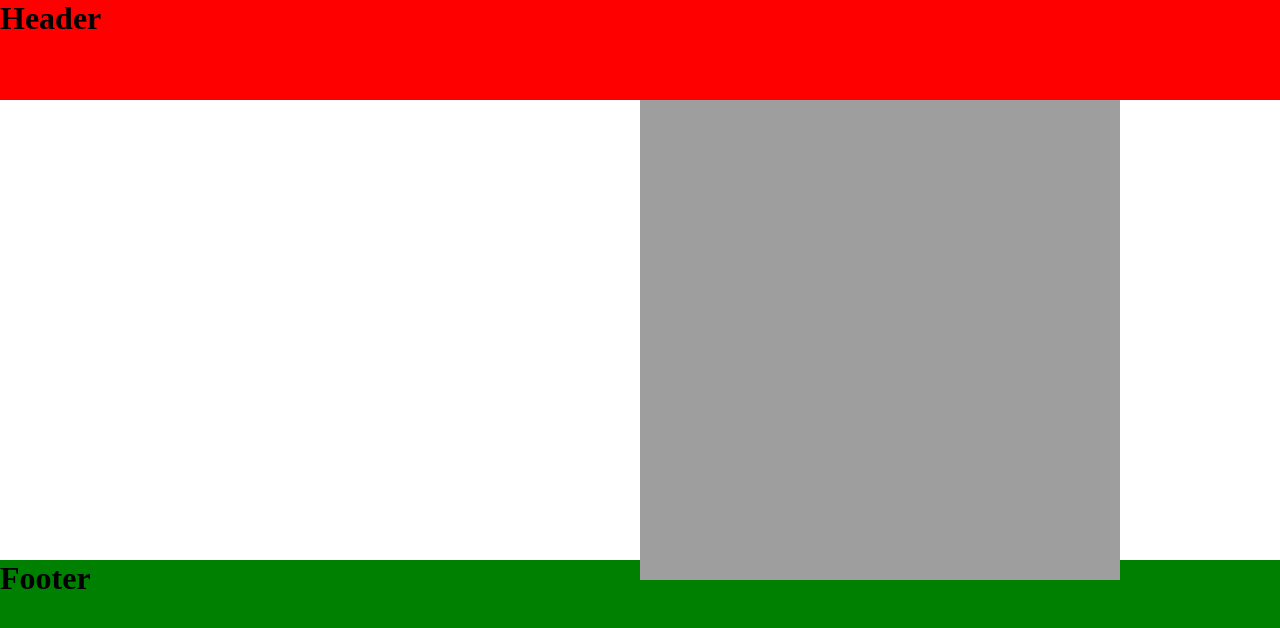
Repository: jameswilky/chess
Page: index.html
These files come from the project's save history. The page is drawn as it stood at one moment and after the next save; the edit follows.
The browser window is 1280 px wide. The pictures show the whole page.

Above is the page before, as saved 2018-11-21 20:37:08.

### index.html
<!DOCTYPE html>
<html>

<head>
    <meta charset="utf-8" />
    <title>Chess</title>
    <link href="style.css" rel="stylesheet">
</head>

<body>

    <div class="wrapper">
        <header>
            <h1>Header</h1>

        </header>
    </div>
    <div class="game">
        <canvas id="board"></canvas>
        <canvas id="markers"></canvas>
        <canvas id="chessmen_layer"></canvas>
    </div>
    <footer>
        <h1>Footer</h1>
    </footer>
    </div>





</body>

<script src="board.js"></script>
<script src="chessmen.js"></script>
<script src="mouse.js"></script>
<script src="game.js"></script>

</html>

### style.css
* {
  padding: 0;
  margin: 0;
}

.game{
  position: absolute;
  height: 480px;
  width: 480px;
  grid-area: game;
  top:100px;
  bottom:100px;
  margin-left: 50%;
  overflow: scroll;
}

#board {
  left : 0; z-index:0; position: absolute;
}

#markers {
  left : 0; z-index:0; position: absolute;
}

#chessmen_layer {
 left : 0; z-index:1; position: absolute;
}

header{
  position: absolute;
  background-color: red;
  top:0;
  right: 0;
  left: 0;
  height: 100px;
}

footer{
  position: absolute;
  right: 0;
  left: 0;
  background-color: green;
  height: 10em;
  bottom: 0;
}

### board.js
//Define globals
const WIDTH = 480;
const HEIGHT = 480;
const N = 8;
const TILE_SIZE = HEIGHT / N; // 60

//Define board canvas
const board = document.getElementById("board");
const board_ctx = board.getContext("2d");
board.height = HEIGHT;
board.width = WIDTH;
let primary_color = "#a87e2b";
let secondary_color = "#ffdf9e";

//Define marker layer
const markers = document.getElementById("markers");
const markers_ctx = markers.getContext("2d");
markers.height = HEIGHT;
markers.width = WIDTH;

//Define chessmen layer
const chessmen_layer = document.getElementById("chessmen_layer");
const chessmen_ctx = chessmen_layer.getContext("2d");
chessmen_layer.height = HEIGHT;
chessmen_layer.width = WIDTH;

//Used for drawing
function drawRect(ctx, x, y, color) {
  ctx.beginPath();
  ctx.rect(x, y, TILE_SIZE, TILE_SIZE);
  ctx.fillStyle = color;
  ctx.fill();
  ctx.closePath();
}

function initialize_board() {
  // Initialize graphical and logical board
  let i, j, x, y = 0;
  let prev_color;
  for (i = 0; i < N; i++) {
    y = TILE_SIZE * i;
    if (i % 2 == 0) { //If even, start with a black grid
      prev_color = secondary_color;
    }
    else { //If odd, start with a #ffcf7c grid
      prev_color = primary_color;
    }
    for (j = 0; j < N; j++) {
      x = TILE_SIZE * j;

      if (prev_color == primary_color) { //If last block black, make this block #ffcf7c
        prev_color = secondary_color;
      }
      else if (prev_color == secondary_color) { //If last block #ffcf7c, make this block black
        prev_color = primary_color;
      }
      drawRect(board_ctx, x, y, prev_color);

    }
  }
}

### chessmen.js
let chessmen = []; // Hold living chest piece objects

// Populate list of current chess pieces
function init_chessmen(items) {
  for (let id = 0; id < items.length; id++) {
    chessmen[id] = new Chessman(id, items[id].type, items[id].row, items[id].col, items[id].faction);
    chessmen[id].render(chessmen_ctx);
  }
}

//Chest piece constructor
function Chessman(id, type, row, col, faction) {
  this.name = type + "_" + faction + "_" + id;
  this.id = id;
  this.type = type;
  this.position = {
    logical: { col: col, row: row },
    graphical: { //calculate position of chest piece
      x: (col * TILE_SIZE), y: (row * TILE_SIZE)
    }
  }
  this.faction = faction;
  this.sprite = "/images/" + type + "_" + faction + ".png";
  this.options = []; // holds objects containing possible locations to move
  this.render = function () {
    //Draws the chest piece
    let img = new Image();
    let x = this.position.graphical.x;
    let y = this.position.graphical.y;
    console.log(x, y)

    img.onload = function () {
      //Loads when img.src is called
      chessmen_ctx.beginPath();
      chessmen_ctx.drawImage(img, x, y);
      chessmen_ctx.closePath();
    }
    img.src = this.sprite;
  }
  this.derender = function () {
    chessmen_ctx.beginPath();
    chessmen_ctx.clearRect(this.position.graphical.x, this.position.graphical.y, TILE_SIZE, TILE_SIZE);
    chessmen_ctx.closePath();
  }
  this.calculate_movement_options = function () {
    //This function is used to determine the coordinates of each possible move for a selected tile
    this.options = []; //clear last options
    let j = 0;
    let i = 0; //used to iterate through list of options
    //console.log(type, faction, row, col)
    let r = this.position.logical.row;
    let c = this.position.logical.col;

    let options = this.options;

    function check_tile(row, col, diag, isPawn) {
      //diag is an optional variable for pawn sideways movement logic
      diag = diag || false;
      isPawn = isPawn || false;

      //Checks the status of the board to see if the chessman can move to selected tile

      let option = {}; //edited, used to hold {faction:faction}
      //Check tile does not exceed bounds of the board
      if (row > 7 || row < 0 || col > 7 || col < 0) {
        return false;
      }

      //Check if target tile contains a chessman of same faction
      let isFriendly = false;
      let isEnemy = false;

      chessmen.forEach(chessman => {
        if (chessman.position.logical.row == row && chessman.position.logical.col == col) { //Check if position is occupied
          if (chessman.faction == faction) {
            isFriendly = true;
          }
          else { //tile is occupied by enemy
            isEnemy = true;
          }
          option.contains = chessman;
        }
      })

      //pawn logic
      if (diag && isEnemy) {
        option.row = row;
        option.col = col;
        options[i] = option;
        i++;
      }
      if (diag && !isEnemy) {
        return
      }

      //if tile does not contain friendly chessmen, or if its an enemy create new option
      if (!isFriendly || isEnemy) {
        option.row = row;
        option.col = col;
        options[i] = option;
        i++;
      }
      return isFriendly || isEnemy;

    }

    if (this.type == "pawn") {
      if (this.faction == "black") {
        check_tile(r + 1, c);//south
        check_tile(r + 1, c + 1, true) // south East
        check_tile(r + 1, c - 1, true) //south West
        if (this.nMoves == 0) {
          check_tile(r + 2, c); //Extra move on first turn
        }
      }
      if (this.faction == "white") {
        check_tile(r - 1, c); //north
        check_tile(r - 1, c + 1, true) // North East
        check_tile(r - 1, c - 1, true) //North West
        if (this.nMoves == 0) {
          check_tile(r - 2, c); //Extra move on first turn
        }
      }
    }
    if (this.type == "rook") {
      for (j = 0; j < N; j++) {// South
        if (check_tile(r + j + 1, c) == true) break
      }
      for (j = 0; j < N; j++) {// East
        if (check_tile(r, c + j + 1) == true) break
      }
      for (j = 0; j < N; j++) {// North
        if (check_tile(r - j - 1, c) == true) break
      }
      for (j = 0; j < N; j++) {// West
        if (check_tile(r, c - j - 1) == true) break
      }
    }
    if (this.type == "bishop") {
      for (j = 0; j < N; j++) { // South East
        if (check_tile(r + 1 + j, c + 1 + j) == true) break
      }
      for (j = 0; j < N; j++) { // South West
        if (check_tile(r + 1 + j, c - 1 - j) == true) break
      }
      for (j = 0; j < N; j++) { // North East
        if (check_tile(r - 1 - j, c + 1 + j) == true) break
      }
      for (j = 0; j < N; j++) { // North west
        if (check_tile(r - 1 - j, c - 1 - j) == true) break
      }
    }
    if (this.type == "queen") {
      for (j = 0; j < N; j++) { // South East
        if (check_tile(r + 1 + j, c + 1 + j) == true) break
      }
      for (j = 0; j < N; j++) { // South West
        if (check_tile(r + 1 + j, c - 1 - j) == true) break
      }
      for (j = 0; j < N; j++) { // North East
        if (check_tile(r - 1 - j, c + 1 + j) == true) break
      }
      for (j = 0; j < N; j++) { // North west
        if (check_tile(r - 1 - j, c - 1 - j) == true) break
      }
      for (j = 0; j < N; j++) {// South
        if (check_tile(r + j + 1, c) == true) break
      }
      for (j = 0; j < N; j++) {// East
        if (check_tile(r, c + j + 1) == true) break
      }
      for (j = 0; j < N; j++) {// North
        if (check_tile(r - j - 1, c) == true) break
      }
      for (j = 0; j < N; j++) {// West
        if (check_tile(r, c - j - 1) == true) break
      }
    }
    if (this.type == "king") {
      check_tile(r + 1, c + 1) //South East
      check_tile(r + 1, c - 1) //South West
      check_tile(r - 1, c + 1) // North East
      check_tile(r - 1, c - 1) //North West
      check_tile(r + 1, c) //south
      check_tile(r, c + 1) //east
      check_tile(r - 1, c) //north
      check_tile(r, c - 1) //west

    }
    if (this.type == "knight") {
      // Check each tile in clockwise order
      check_tile(r - 2, c + 1)
      check_tile(r - 1, c + 2)
      check_tile(r + 1, c + 2)
      check_tile(r + 2, c + 1)
      check_tile(r + 2, c - 1)
      check_tile(r + 1, c - 2)
      check_tile(r - 1, c - 2)
      check_tile(r - 2, c - 1)
    }

    //return array of options containing locations to highlight

  }
  this.show_movement_options = function () {
    this.options.forEach(option => {
      //Represent each available movement option with a highlighted tile
      drawRect(markers_ctx, (option.col * TILE_SIZE), (option.row * TILE_SIZE), "#635e55");
    })
  }
  this.hover = false;
  this.isKing = false;
  if (this.type == "king") {
    this.isKing = true;
  }

  this.nMoves = 0;
  this.points;
  if (this.type == "king") {
    this.points = 10;
  }
  if (this.type == "queen") {
    this.points = 9;
  }
  if (this.type == "bishop") {
    this.points = 3;
  }
  if (this.type == "knight") {
    this.points = 3;
  }
  if (this.type == "rook") {
    this.points = 5;
  }
  if (this.type == "pawn") {
    this.points = 1;
  }

  //Update graphical and logical position
  this.moveTo = function (col, row) {


    function moveIsValid(r1, r2, c1, c2, options) {
      let valid = false;

      if ((r1 == r2) && (c1 == c2)) {
        // if logical position is the same, no move was made
        valid = false;
      }
      options.forEach(option => {
        if (option.row == r2 && option.col == c2) {
          //todo check faction
          valid = true;
        }
      })
      return valid
    }

    if (moveIsValid(this.position.logical.row, row, this.position.logical.col, col, this.options)) {
      //If valid, Check if enemy chessman has been killed
      //check if desination contains an enemy
      let target = chessmen.find(chessman => {
        return (chessman.position.logical.row == row && chessman.position.logical.col == col)
      })

      // then render at new position and update logical position
      //console.log("Changed position of", chessman, "from row:", chessman.position.logical.row, " col:", chessman.position.logical.col, " to row:", row, "col:", col)

      this.derender(); //De render previous position
      this.position.logical.col = col;
      this.position.logical.row = row;
      this.position.graphical.x = this.position.logical.col * TILE_SIZE;
      this.position.graphical.y = this.position.logical.row * TILE_SIZE;
      this.derender(); //remove any chess pieces
      this.render();

      //If destination contains emeny, remove it from list of active chessmen
      if (target) {
        chessmen.splice(chessmen.indexOf(target), 1);
      }

      this.nMoves++; //used to testing if pawn is moved
      // // trigger movement event
      let event = new CustomEvent('moved');
      document.dispatchEvent(event);
    }
    else {
      //re-render original position
      this.render();
    }
  }
}

// Update location of chest pieces
function render_markers() {
  //Clear all markers
  markers_ctx.clearRect(0, 0, HEIGHT, WIDTH);

  //find chessman that matches mouse location and show movement markers
  chessmen.forEach(chessman => {
    if (chessman.hover == true) {
      chessman.show_movement_options();
    }
  });


}

### mouse.js
let dragging = false;
let selector = document.createElement("img");
;

selector.ondragstart = function () {
  return false;
};

//Compare two row/col coordinates
function coordsMatch(coord, piece) {
  let xmin = piece.x;
  let xmax = piece.x + TILE_SIZE;

  let ymin = piece.y;
  let ymax = piece.y + TILE_SIZE;

  if (
    (coord.x >= xmin) &&
    (coord.x < xmax) &&
    (coord.y >= ymin) &&
    (coord.y < ymax)
  ) {
    return true
  }
}

//Listen for when we hover over a chest piece, then draw the movement options
chessmen_layer.addEventListener('mousemove', (e) => {
  if (dragging == false) {
    let pos = {
      x: e.clientX,
      y: e.clientY
    };
    //Check all chessmen and check if clicked location matches a chessman location
    chessmen.forEach(chessman => {
      if (coordsMatch(pos, chessman.position.graphical)) {
        //If true, select that chessman
        chessman.hover = true;
      }
      else {
        //Otherwise, that chessman was not selected
        chessman.hover = false;
      }
    })
    render_markers();
  }
})

//Click and drag chessmen
chessmen_layer.addEventListener('mousedown', (e) => {

  dragging = true; //stop markers rendering while dragging pieces
  let pos = {
    x: e.clientX,
    y: e.clientY
  }
  //Check all chessmen and check if clicked location matches a chessman location
  chessmen.forEach(chessman => {
    if (coordsMatch(pos, chessman.position.graphical)) {
      if (chessman.faction == "black") {
        dragging = false;
        return
      }
      //If true, derender chessman from chessman_layer, and redraw on selector layer
      chessman.derender();

      //draw selector
      selector.style.position = 'absolute';
      selector.src = chessman.sprite;
      selector.id = 'selector';
      document.body.append(selector);

      //center selector at mouse locaiton
      moveAt(pos.x, pos.y);

      function moveAt(x, y) {
        selector.style.left = x - TILE_SIZE / 2 + 'px';
        selector.style.top = y - TILE_SIZE / 2 + 'px';
      }

      function onMouseMove(moveEvent) {
        moveAt(moveEvent.clientX, moveEvent.clientY);
      }

      // selector will follow mouse on movement
      document.addEventListener('mousemove', onMouseMove);


      // drop the selector, remove unneeded handlers
      chessmen_layer.onmouseup = function (upevent) {
        document.removeEventListener('mousemove', onMouseMove);

        //clear selector
        selector.src = ""
        // console.log("before", document.getElementById('selector'))
        // document.body.removeChild(document.getElementById('selector'))
        // console.log("after", document.getElementById('selector'))

        //convert mouse pos to a row/col logical value
        let dest = {
          x: Math.trunc(upevent.clientX / TILE_SIZE),
          y: Math.trunc(upevent.clientY / TILE_SIZE)
        }

        //console.log("Event 1")
        dragging = false; // allow marker rendering to continue
        chessmen_layer.onmouseup = null;
        //Update chessman logical location and snap to grid
        chessman.moveTo(dest.x, dest.y)
      };
    }
  })
})

### game.js
//Initialize default locations
let default_locations = [
  { tile: 0, type: "rook", row: 0, col: 0, faction: "black" },
  { tile: 1, type: "knight", row: 0, col: 1, faction: "black" },
  { tile: 2, type: "bishop", row: 0, col: 2, faction: "black" },
  { tile: 3, type: "king", row: 0, col: 3, faction: "black" },
  { tile: 4, type: "queen", row: 0, col: 4, faction: "black" },
  { tile: 5, type: "bishop", row: 0, col: 5, faction: "black" },
  { tile: 6, type: "knight", row: 0, col: 6, faction: "black" },
  { tile: 7, type: "rook", row: 0, col: 7, faction: "black" },
  { tile: 8, type: "pawn", row: 1, col: 0, faction: "black" },
  { tile: 9, type: "pawn", row: 1, col: 1, faction: "black" },
  { tile: 10, type: "pawn", row: 1, col: 2, faction: "black" },
  { tile: 11, type: "pawn", row: 1, col: 3, faction: "black" },
  { tile: 12, type: "pawn", row: 1, col: 4, faction: "black" },
  { tile: 13, type: "pawn", row: 1, col: 5, faction: "black" },
  { tile: 14, type: "pawn", row: 1, col: 6, faction: "black" },
  { tile: 15, type: "pawn", row: 1, col: 7, faction: "black" },

  { tile: 48, type: "pawn", row: 6, col: 0, faction: "white" },
  { tile: 49, type: "pawn", row: 6, col: 1, faction: "white" },
  { tile: 50, type: "pawn", row: 6, col: 2, faction: "white" },
  { tile: 51, type: "pawn", row: 6, col: 3, faction: "white" },
  { tile: 52, type: "pawn", row: 6, col: 4, faction: "white" },
  { tile: 53, type: "pawn", row: 6, col: 5, faction: "white" },
  { tile: 54, type: "pawn", row: 6, col: 6, faction: "white" },
  { tile: 55, type: "pawn", row: 6, col: 7, faction: "white" },
  { tile: 56, type: "rook", row: 7, col: 0, faction: "white" },
  { tile: 57, type: "knight", row: 7, col: 1, faction: "white" },
  { tile: 58, type: "bishop", row: 7, col: 2, faction: "white" },
  { tile: 59, type: "king", row: 7, col: 3, faction: "white" },
  { tile: 60, type: "queen", row: 7, col: 4, faction: "white" },
  { tile: 61, type: "bishop", row: 7, col: 5, faction: "white" },
  { tile: 62, type: "knight", row: 7, col: 6, faction: "white" },
  { tile: 63, type: "rook", row: 7, col: 7, faction: "white" },

]

let turn = 0;
let IsWhiteTurn = false;
let IsBlackTurn = false;
let game = true;
let AIOptions = [];


function set_turn() {
  if (turn % 2 == 0) {
    IsWhiteTurn = true;
    IsBlackTurn = false;
    //console.log("White players turn")
  }
  else {
    IsBlackTurn = true;
    IsWhiteTurn = false;
    //console.log("Black players turn")
  }
  turn += 1;
}

function determineAIOptions() {
  let AIOptions = [];
  let i = 0;
  chessmen.forEach(chessman => {
    if (chessman.faction == 'black') {
      chessman.options.forEach(option => {
        let AIOption = {}; //dereference object
        AIOption.row = option.row;
        AIOption.col = option.col;
        if (option.contains) {
          AIOption.points = option.contains.points;
        }
        AIOption.chessman = chessman;
        AIOptions[i] = AIOption;
        i++;
      })
    }
  })
  return AIOptions;

}

function AIMove(options) {
  let max = 0;
  let choice = {};
  options.forEach(option => {
    if (option.points) {
      if (option.points > max) {
        max = option.points;
        choice = option;
      }
    }
  })
  if (max == 0) {
    choice = options[Math.floor(Math.random() * options.length)];  //Return a random choice
  }
  choice.chessman.moveTo(choice.col, choice.row)
  //calculate AI
}


//Set up board
initialize_board();
init_chessmen(default_locations);
chessmen.forEach(chessman => {
  chessman.calculate_movement_options();
})
set_turn();
function checkKing() {
  let kings = chessmen.filter(chessman => chessman.isKing == true)
  if (kings.length == 1) {
    alert(kings[0].faction + " Wins!!!")
  }
}

// Listen for movement
document.addEventListener('moved', function (event) {
  //check if king died last turn;
  checkKing();
  set_turn();
  //Calculate new movement positiifons
  chessmen.forEach(chessman => {
    chessman.calculate_movement_options();
  })

  if (IsBlackTurn) {
    //Run black turn AI
    chessmen.forEach(chessman => {
      chessman.calculate_movement_options(); //assign new options
    })
    AIOptions = determineAIOptions();
    AIMove(AIOptions);
  }
}, false);

After the next save:
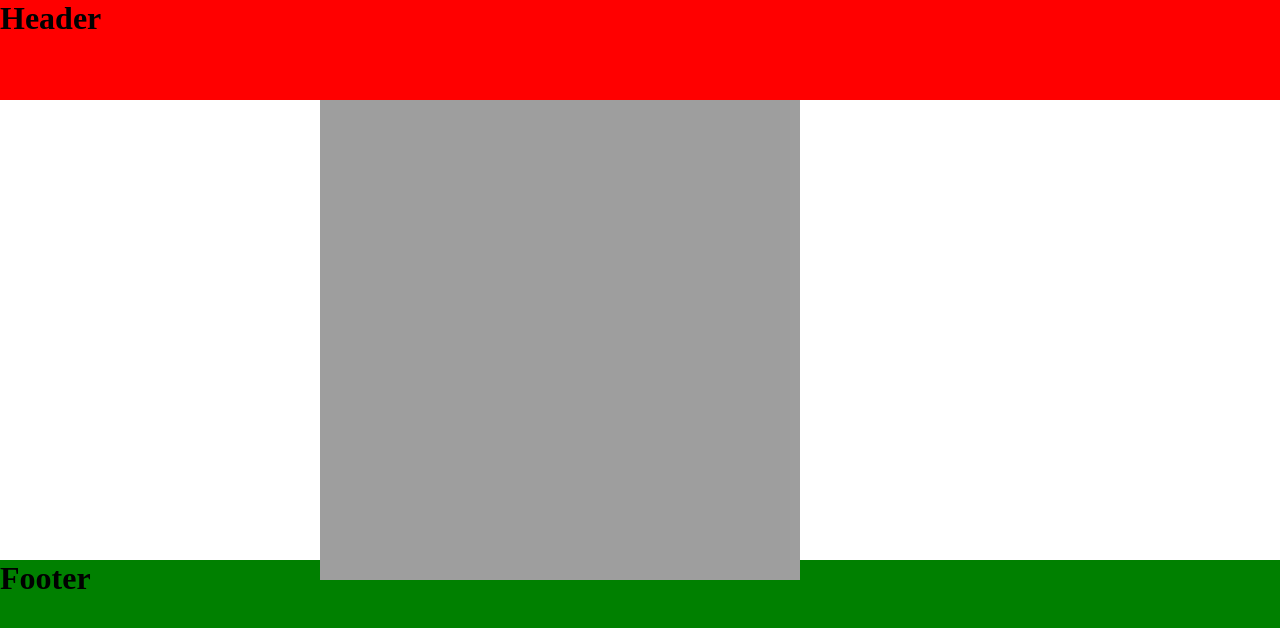
Saved 21 s later.
--- a/style.css
+++ b/style.css
@@ -10,7 +10,7 @@
   grid-area: game;
   top:100px;
   bottom:100px;
-  margin-left: 50%;
+  margin: 0 25% 0 25%;
   overflow: scroll;
 }
 
